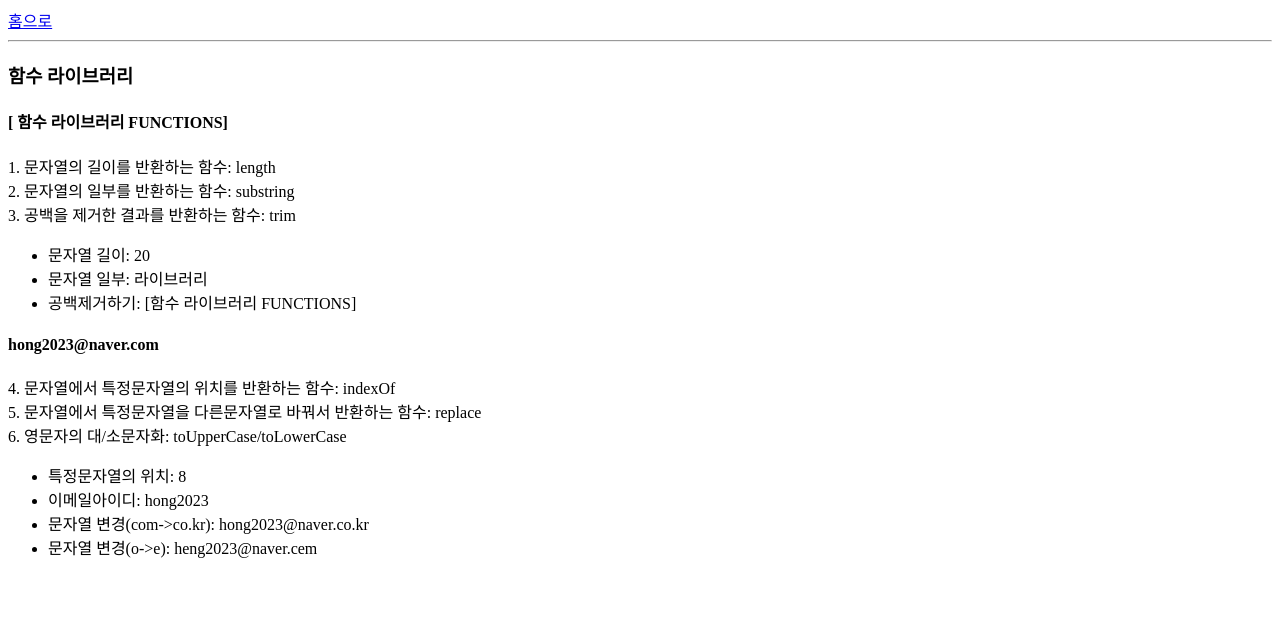
Repository: linklifejo/study_web
Page: http://localhost/servlet02/jstl/functions.jsp
An editor plug-in stored every save of this project. The page is shown before and after the next save, followed by the edit.
The browser window is 1280 px wide. The pictures show the whole page.
The page is served by Tomcat 9.

Above is the page before, as saved 2023-02-08 01:56:08.

After the next save:
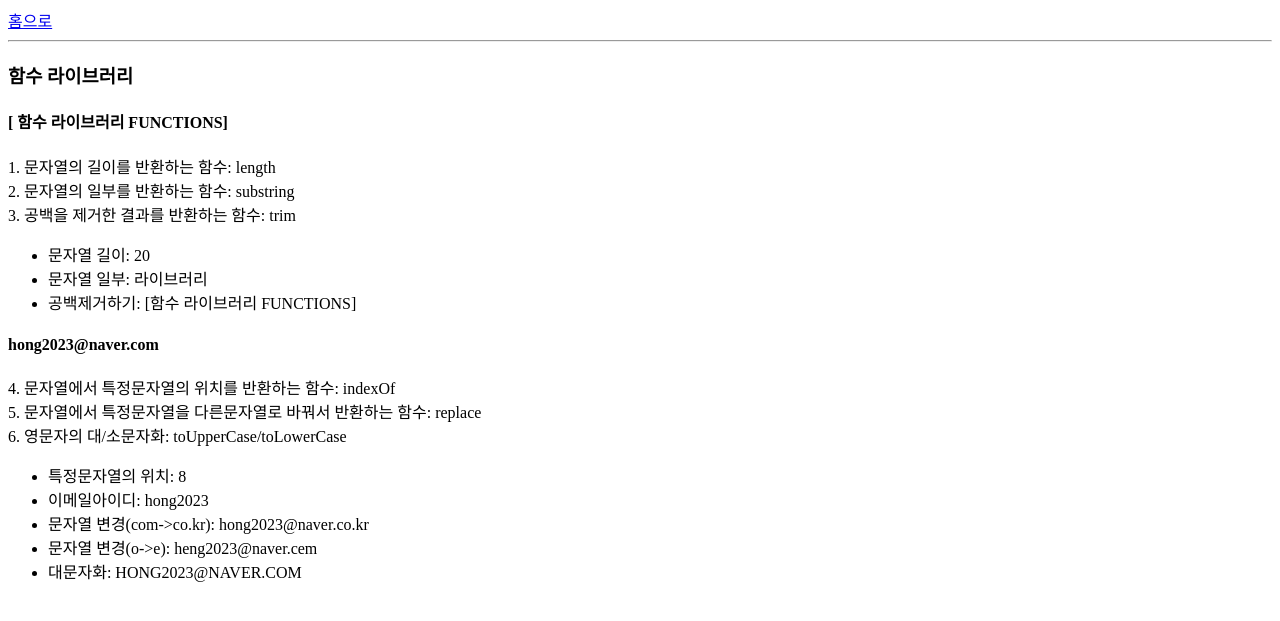
Saved 28 s later.
--- a/servlet02/src/main/webapp/jstl/functions.jsp
+++ b/servlet02/src/main/webapp/jstl/functions.jsp
@@ -34,6 +34,7 @@
 	<li>이메일아이디: ${fn: substring(email, 0, fn: indexOf(email, '@')) }</li>
 	<li>문자열 변경(com->co.kr): ${fn: replace(email, 'com', 'co.kr') }</li>
 	<li>문자열 변경(o->e): ${fn: replace(email, 'o', 'e') }</li>
+	<li>대문자화: ${fn: toUpperCase(email) }</li>
 </ul>
 
 
